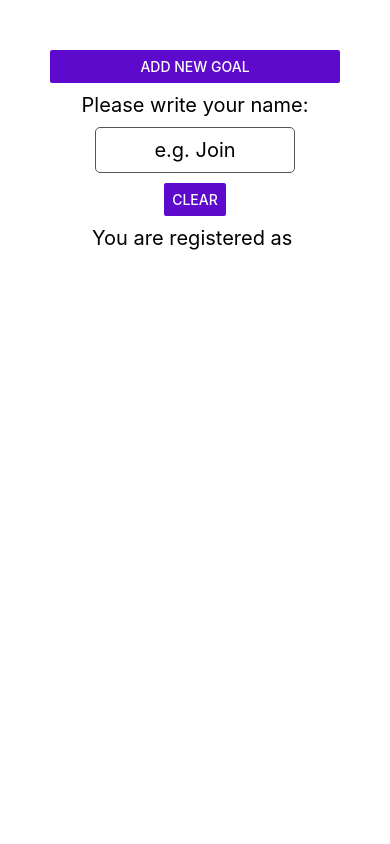
Repository: ntu34543/React-Native-Example1
Screen: /
The author's editor kept a copy of each file at every save. The screen is drawn from the files as they stood at one save, then again after a run of saves.
The app was drawn by React Native's web renderer in a window 390 px wide. The project was rebuilt for these pictures with package versions that can differ from the ones it lists, and the page was loaded fresh each time. Also part of the build but not shown: components/Goalltem.js.

Above is the screen before, as saved 2022-09-12 16:03:48.

After the next 3 saves:
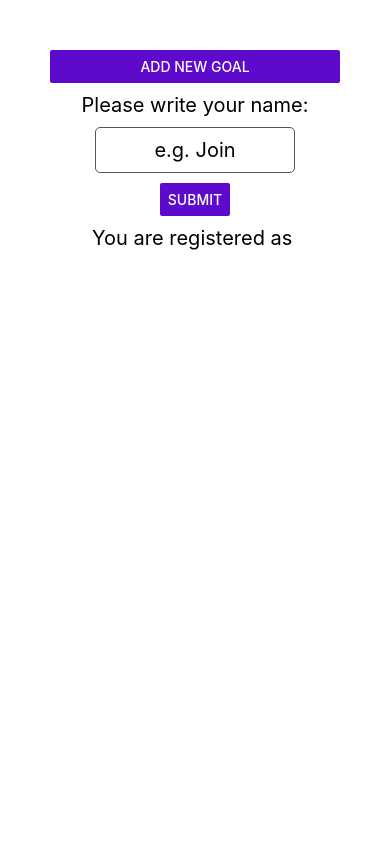
The 3 saves are shown as one change because they came seconds apart.
The last was saved 10 s later.
--- a/App.js
+++ b/App.js
@@ -65,7 +65,7 @@ export default function App() {
             // secureTextEntry
           />
           <Button
-            title={submitted? "Submit" : "Clear"}
+            title={submitted? "Clear" : "Submit"}
             color="#5e0acc"
             onPress={onPressHandler}
             // onPress={() => {
